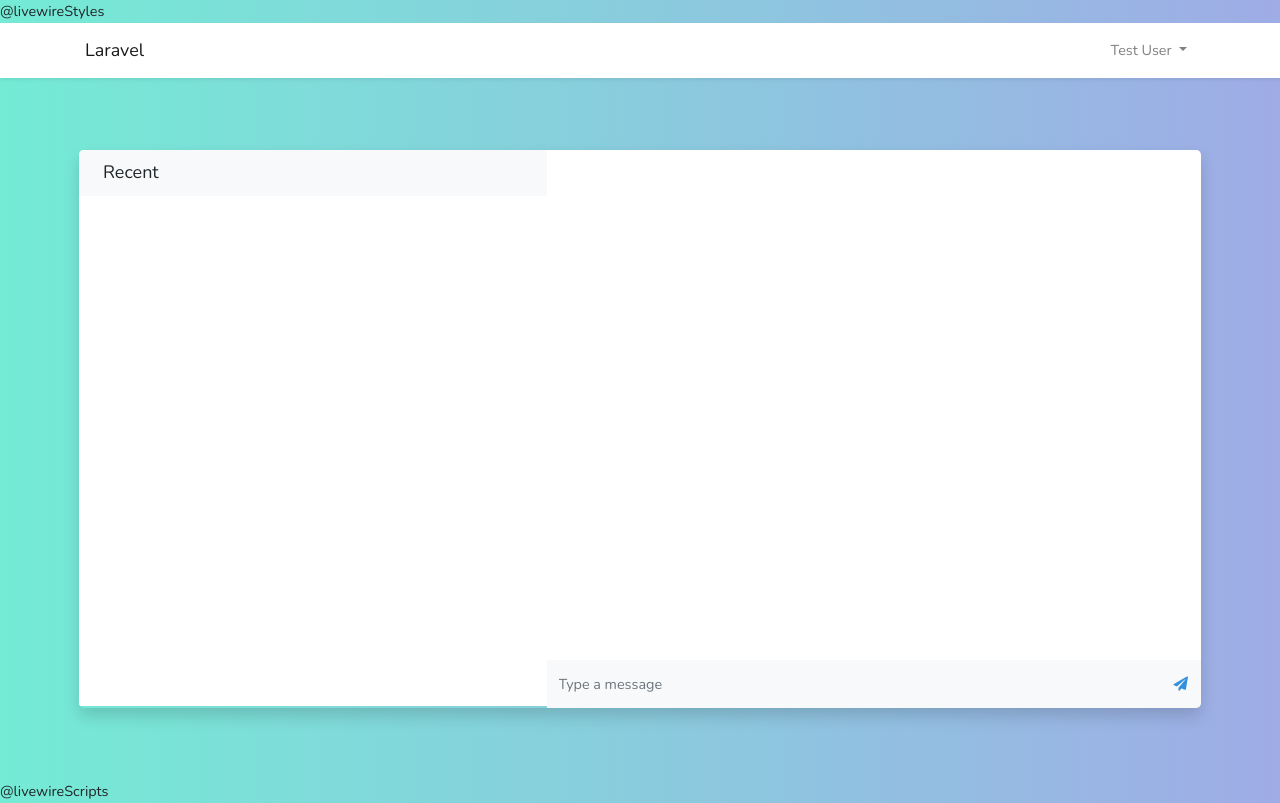
Repository: mohamedelbadawi/chatty
Page: http://localhost/conversation
These files come from the project's save history. The page is drawn as it stood at one moment and after the next save; the edit follows.
The browser window is 1280 px wide. The pictures show the whole page.
Some web libraries are served in a nearby version. The page is served by the project's Laravel application, run on PHP 8.4 with Laravel 8. A made-up administrator, Test User (test@example.com), is signed in. Queries for data that is not in the repository find no rows.

Above is the page before, as saved 2021-10-03 14:20:20.

After the next save:
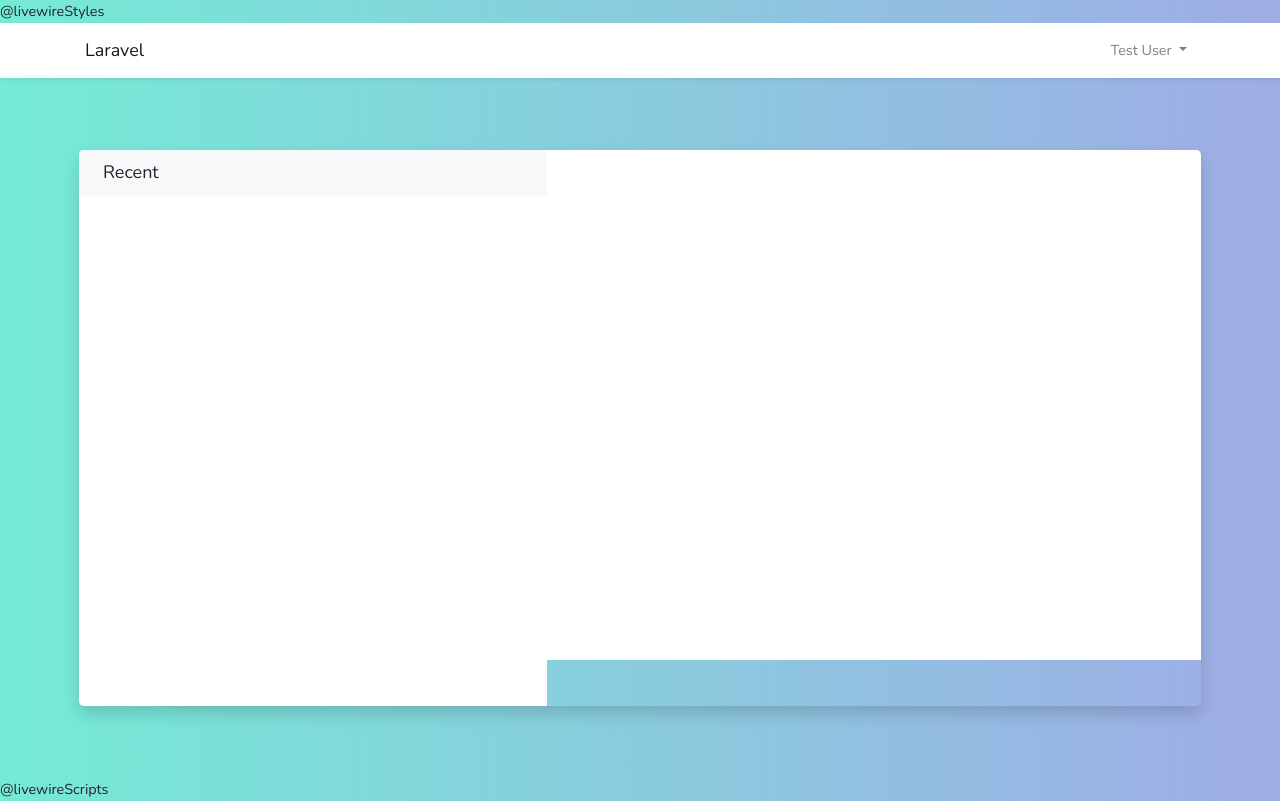
Saved 26 s later.
--- a/resources/views/conversation/index.blade.php
+++ b/resources/views/conversation/index.blade.php
@@ -28,18 +28,6 @@
 
                 </div>
 
-                <!-- Typing area -->
-                <form action="#" class="bg-light">
-                    <div class="input-group">
-                        <input type="text" placeholder="Type a message" aria-describedby="button-addon2"
-                            class="form-control rounded-0 border-0 py-4 bg-light">
-                        <div class="input-group-append">
-                            <button id="button-addon2" type="submit" class="btn btn-link"> <i
-                                    class="fa fa-paper-plane"></i></button>
-                        </div>
-                    </div>
-                </form>
-
             </div>
         </div>
     </div>
